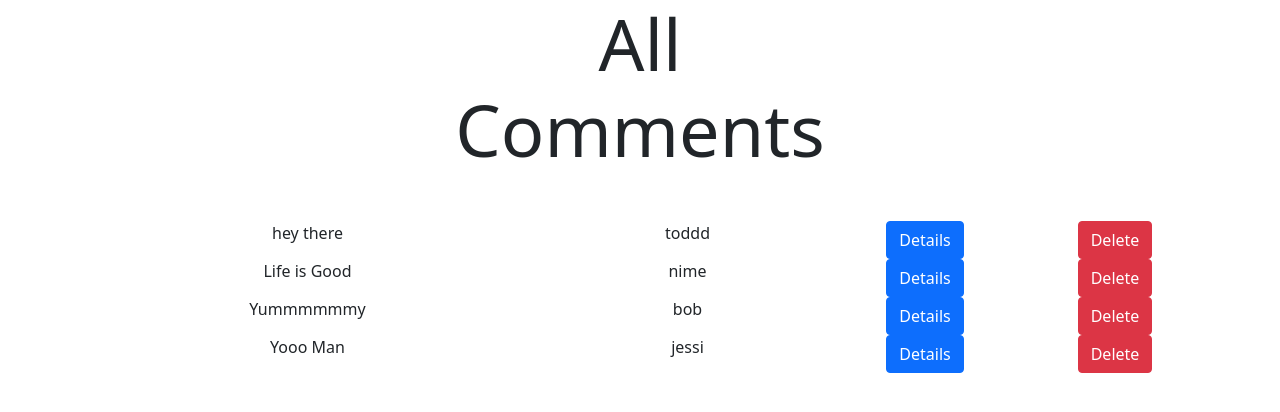
Repository: uditjain100/JavaScript-for-Web
Page: http://localhost/comments
The author's editor kept a copy of each file at every save. The page is drawn from the files as they stood at one save, then again after the next save.
The browser window is 1280 px wide. The pictures show the whole page.
The page is served by the project's Node server (17.REST/index.js).

Above is the page before, as saved 2021-01-29 17:30:26.

### 17.REST/views/home.ejs
<!DOCTYPE html>
<html lang="en">
  <head>
    <meta charset="UTF-8" />
    <meta name="viewport" content="width=device-width, initial-scale=1.0" />
    <title>All Comments</title>
    <link
      href="https://cdn.jsdelivr.net/npm/bootstrap@5.0.0-beta1/dist/css/bootstrap.min.css"
      rel="stylesheet"
      integrity="sha384-giJF6kkoqNQ00vy+HMDP7azOuL0xtbfIcaT9wjKHr8RbDVddVHyTfAAsrekwKmP1"
      crossorigin="anonymous"
    />
  </head>
  <body>
    <div class="container">
      <h2 class="display-2 d-grid col-5 mx-auto" style="text-align: center">
        All Comments
      </h2>
      <div class="row mt-5" style="text-align: center">
        <% for(var comment of comments) { %>
        <div class="col-5">
          <span><%= comment.comment %> </span>
        </div>
        <div class="col-3">
          <span><%= comment.username %> </span>
        </div>
        <div class="col-2">
          <button class="btn btn-primary">Details</button>
        </div>
        <div class="col-2">
          <button class="btn btn-danger">Delete</button>
        </div>

        <% } %>
      </div>
    </div>
  </body>
</html>

### 17.REST/index.js
const express = require("express");
const app = express();
const path = require("path");

var comments = [
  { id: 1, username: "toddd", comment: "hey there" },
  { id: 2, username: "nime", comment: "Life is Good" },
  { id: 3, username: "bob", comment: "Yummmmmmy" },
  { id: 4, username: "jessi", comment: "Yooo Man" },
];

app.use(express.urlencoded({ extended: true }));
app.use(express.json());
app.set("views", path.join(__dirname, "views"));
app.set("view engine", "ejs");

app.get("/comments", (req, res) => {
  res.render("home.ejs", { comments });
});

app.get("/tacos", (req, res) => {
  res.send("GET /tacos response");
});

app.post("/tacos", (req, res) => {
  const { author, post } = req.body;
  console.log(req.body);
  res.send("Post : " + post + "  and   author : " + author);
});

app.listen(3000, () => {
  console.log("Server got Started !!");
});

After the next save:
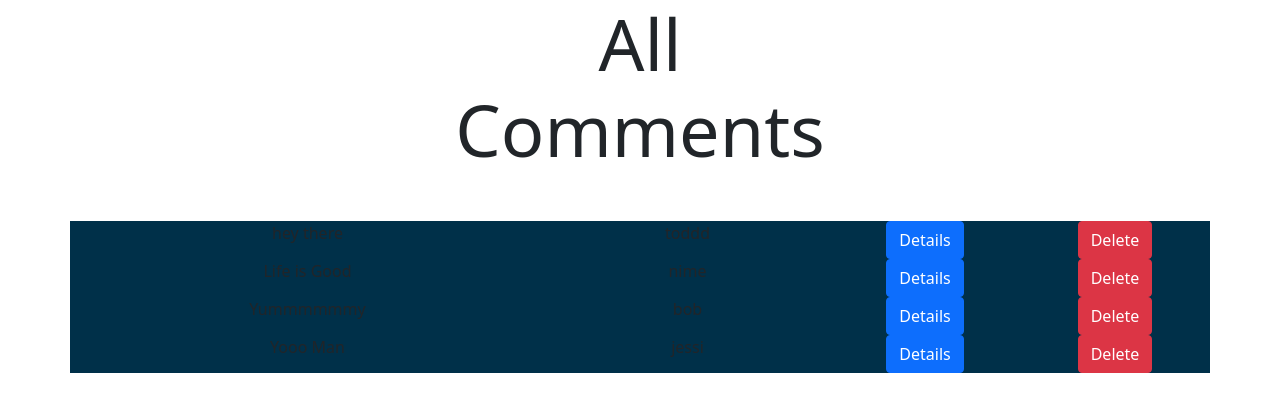
Saved 29 s later.
--- a/17.REST/views/home.ejs
+++ b/17.REST/views/home.ejs
@@ -16,7 +16,10 @@
       <h2 class="display-2 d-grid col-5 mx-auto" style="text-align: center">
         All Comments
       </h2>
-      <div class="row mt-5" style="text-align: center">
+      <div
+        class="row mt-5"
+        style="text-align: center; background-color: #003049"
+      >
         <% for(var comment of comments) { %>
         <div class="col-5">
           <span><%= comment.comment %> </span>
